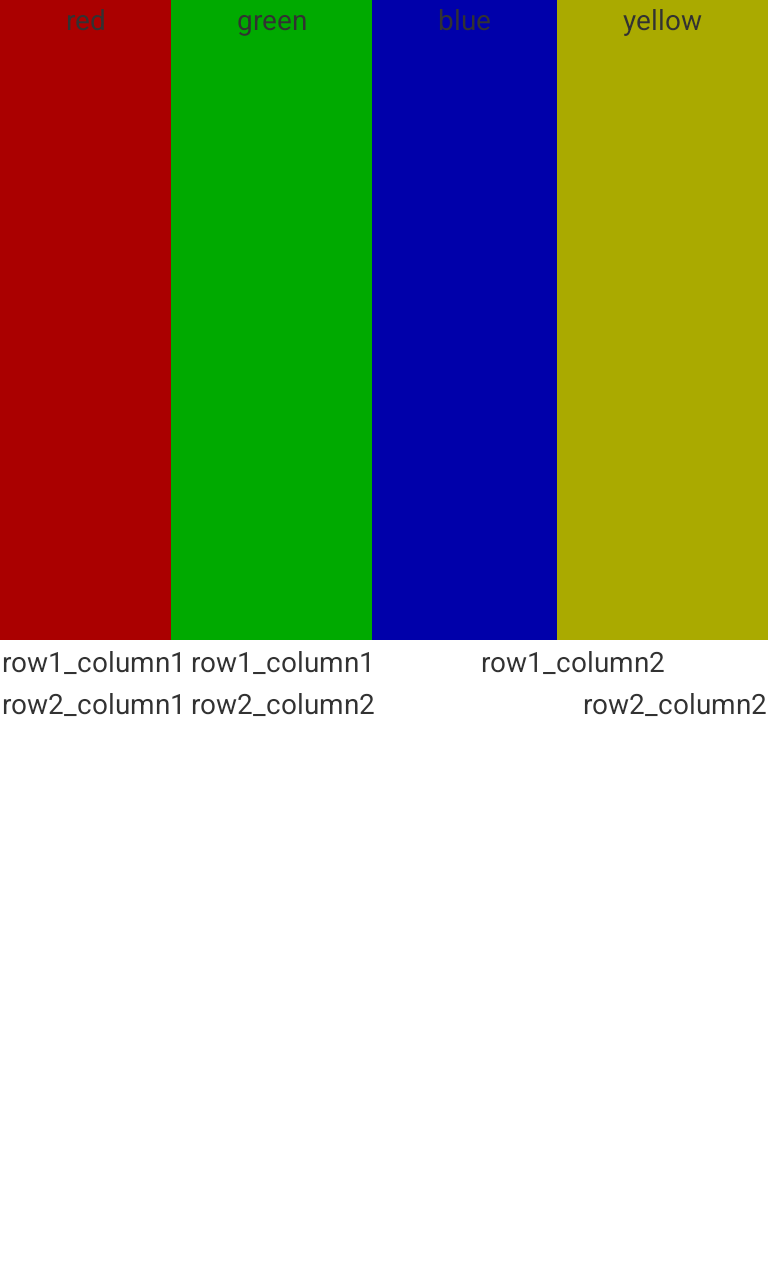
Repository: HouJun11220033/Android
Layout: Layout_04/res/layout/second.xml
An editor plug-in stored every save of this project. The layout is shown before and after the next save, followed by the edit.
It is drawn on a 768 x 1280 px phone screen (xhdpi) without system bars, with theme AppTheme; the app's code is not run.

Above is the layout before, as saved 2016-09-15 16:19:45.

### Layout_04/res/layout/second.xml
<?xml version="1.0" encoding="utf-8"?>
<LinearLayout xmlns:android="http://schemas.android.com/apk/res/android"
    android:layout_width="fill_parent"
    android:layout_height="fill_parent"
    android:orientation="vertical" >

    <LinearLayout
        android:layout_width="fill_parent"
        android:layout_height="fill_parent"
        android:layout_weight="1"
        android:orientation="horizontal" >

        <TextView
            android:layout_width="wrap_content"
            android:layout_height="fill_parent"
            android:layout_weight="1"
            android:background="#aa0000"
            android:gravity="center_horizontal"
            android:text="red" />

        <TextView
            android:layout_width="wrap_content"
            android:layout_height="fill_parent"
            android:layout_weight="1"
            android:background="#00aa00"
            android:gravity="center_horizontal"
            android:text="green" />

        <TextView
            android:layout_width="wrap_content"
            android:layout_height="fill_parent"
            android:layout_weight="1"
            android:background="#0000aa"
            android:gravity="center_horizontal"
            android:text="blue" />

        <TextView
            android:layout_width="wrap_content"
            android:layout_height="fill_parent"
            android:layout_weight="1"
            android:background="#aaaa00"
            android:gravity="center_horizontal"
            android:text="yellow" />
    </LinearLayout>

    <LinearLayout
        android:layout_width="fill_parent"
        android:layout_height="fill_parent"
        android:layout_weight="1"
        android:orientation="horizontal" >

        <TableLayout
            android:layout_width="fill_parent"
            android:layout_height="fill_parent"
            android:stretchColumns="2">

            <TableRow>

                <TextView
                    android:gravity="left"
                    android:padding="1dip"
                    android:text="@string/row1_column1" />

                <TextView
                    android:gravity="center"
                    android:padding="1dip"
                    android:text="@string/row1_column1" >
                </TextView>

                <TextView
                    android:gravity="center"
                    android:padding="1dip"
                    android:text="@string/row1_column2" />
            </TableRow>

            <TableRow>

                <TextView
                    android:gravity="left"
                    android:padding="1dip"
                    android:text="@string/row2_column1" />

                <TextView
                    android:gravity="center"
                    android:padding="1dip"
                    android:text="@string/row2_column2" />

                <TextView
                    android:gravity="right"
                    android:padding="1dip"
                    android:text="@string/row2_column2" />
            </TableRow>
        </TableLayout>
    </LinearLayout>

</LinearLayout>

### Layout_04/res/values/strings.xml
<?xml version="1.0" encoding="utf-8"?>
<resources>

    <string name="hello">Hello World, TableTest!</string>
    <string name="app_name">layout02</string>
    <string name="row1_column1">row1_column1</string>
    <string name="row1_column2">row1_column2</string>
    <string name="row2_column1">row2_column1</string>
    <string name="row2_column2">row2_column2</string>

</resources>

Loaded but not shown: Layout_04/res/values/styles.xml (common file); Layout_04/res/values-v11/styles.xml (common file); Layout_04/res/values-v14/styles.xml (common file)

After the next save:
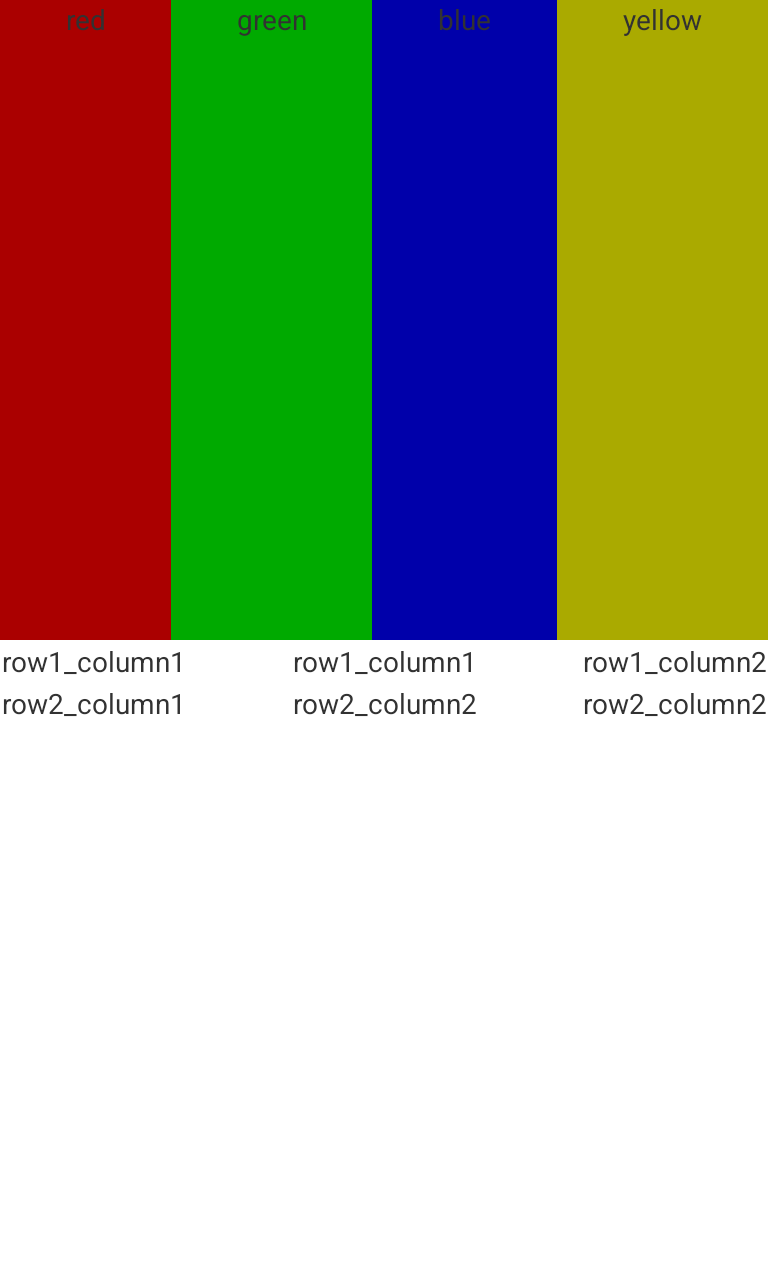
Saved 18 s later.
--- a/Layout_04/res/layout/second.xml
+++ b/Layout_04/res/layout/second.xml
@@ -52,7 +52,7 @@
         <TableLayout
             android:layout_width="fill_parent"
             android:layout_height="fill_parent"
-            android:stretchColumns="2">
+            android:stretchColumns="1">
 
             <TableRow>
 
